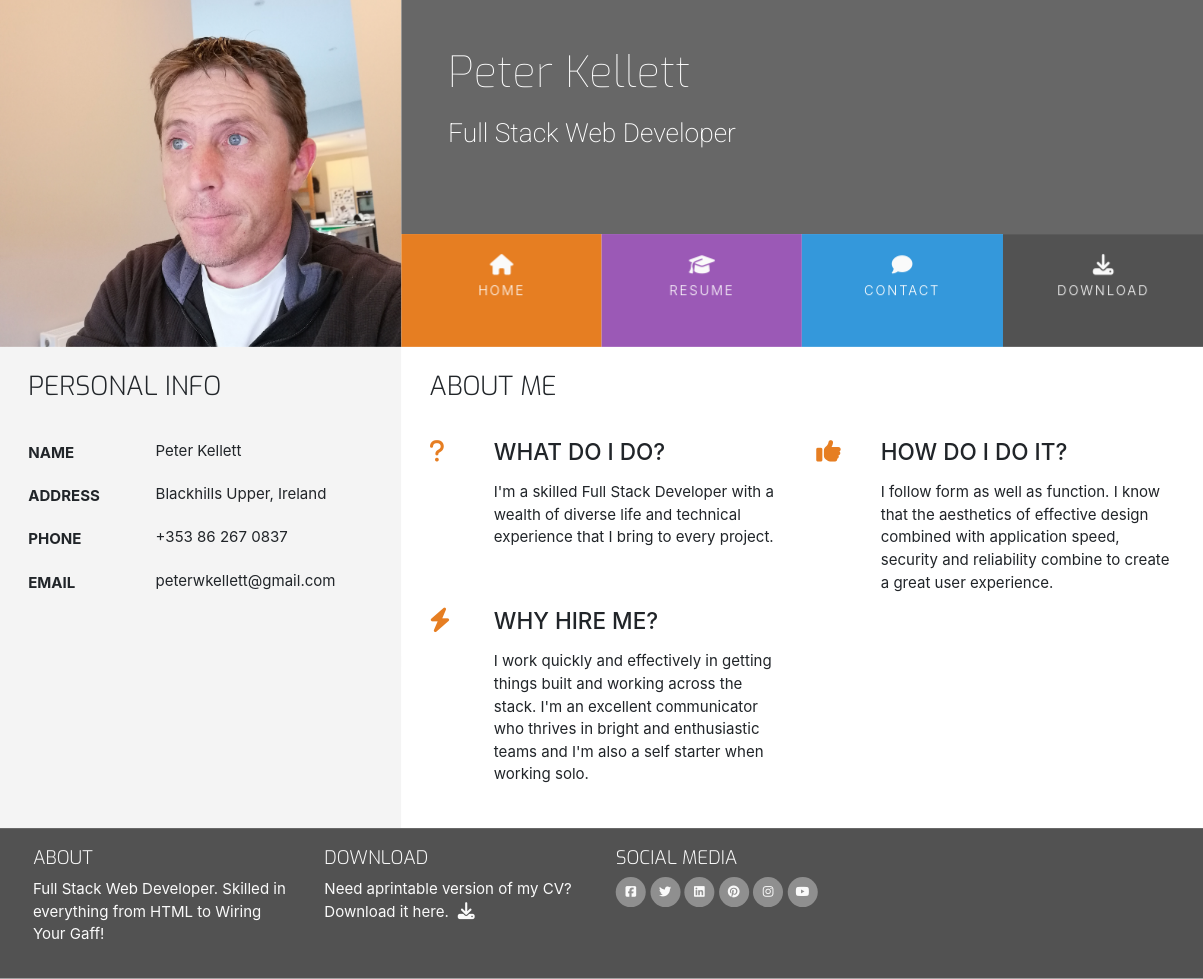
Repository: PeterKellett/resume-tutorial
Page: resume.html
The author's editor kept a record of every edit. The page is drawn from the files as they stood at one moment, then again after the next edit.
The browser window is 1280 px wide. The pictures show the whole page, at 94% of full size.
Some web libraries are served in a nearby version.

Above is the page before.

After the next edit:
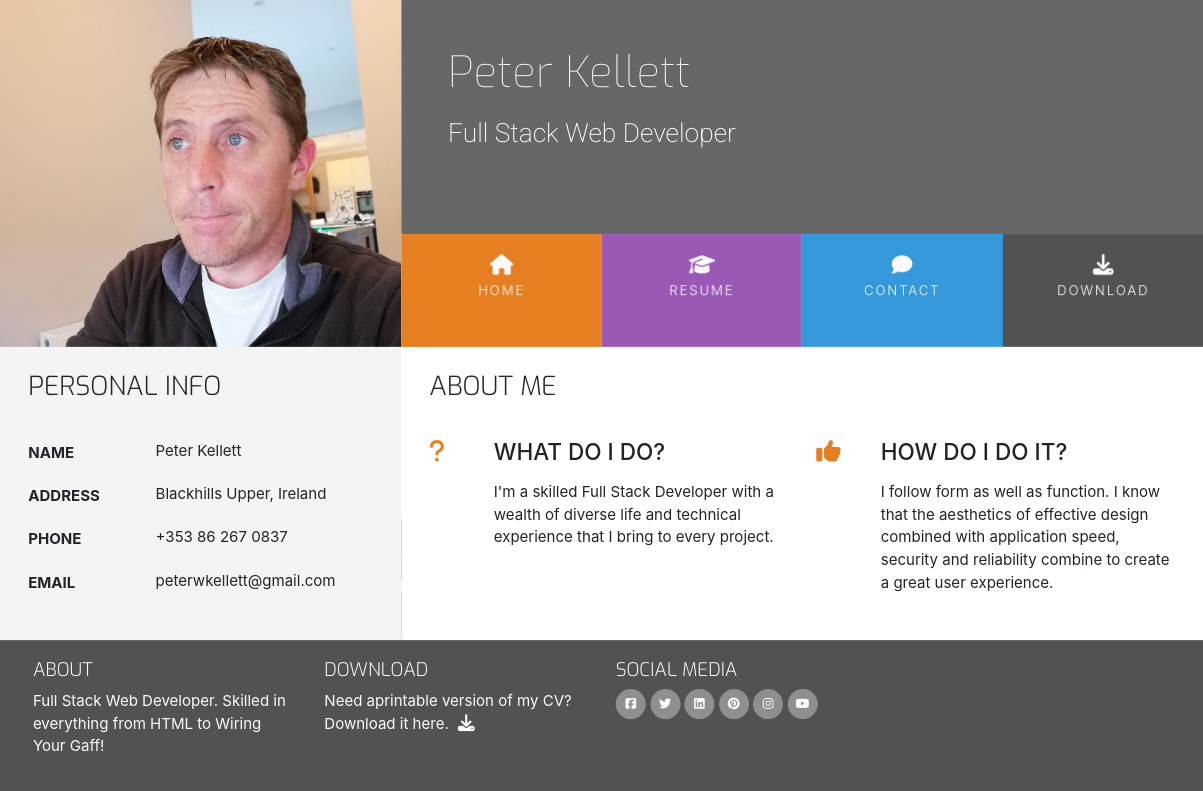
The edit:
--- a/resume.html
+++ b/resume.html
@@ -142,18 +142,6 @@
                             </div>
                         </div>
                     </div>
-                    <div class="col-10 offset-1 offset-sm-0 col-sm-4 col-md-6">
-                        <div class="row">
-                            <div class="col-2"><i class="three-reasons-icon fas fa-bolt" aria-hidden="true"></i>
-                            </div>
-                            <div class="col-10">
-                                <h4 class="three-reasons-heading uppercase">Why hire me?</h4>
-                                <p>
-                                    I work quickly and effectively in getting things built and working across the stack. I'm an excellent communicator who thrives in bright and enthusiastic teams and I'm also a self starter when working solo.
-                                </p>
-                            </div>
-                        </div>
-                    </div>
                 </div>
             </div>
         </div>
